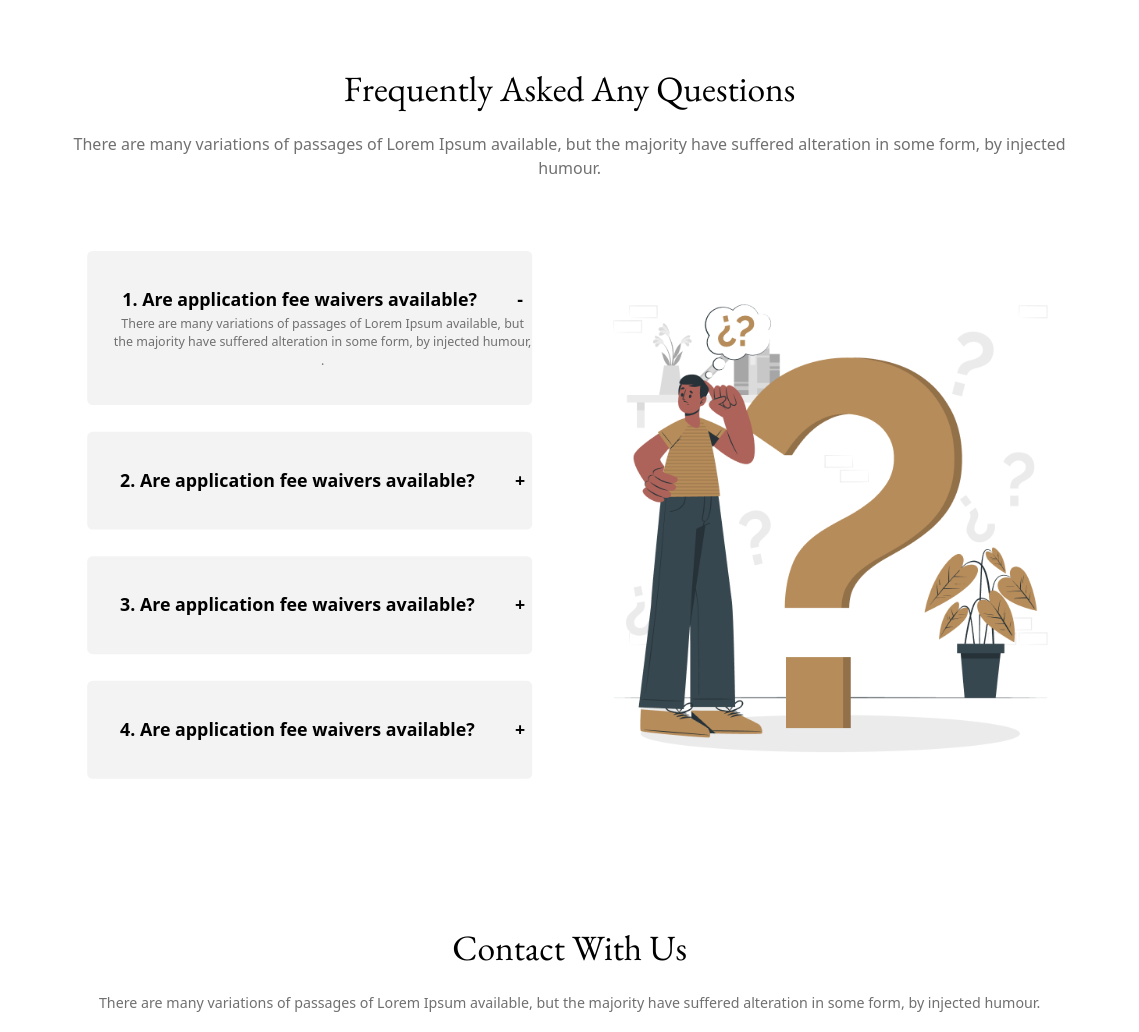
Repository: nahid-hasann/website-6
Page: index.html
An editor plug-in stored every save of this project. The page is shown before and after the next save, followed by the edit.
The browser window is 1280 px wide. The pictures show the whole page, at 89% of full size.

Above is the page before, as saved 2025-07-22 11:31:20.

After the next save:
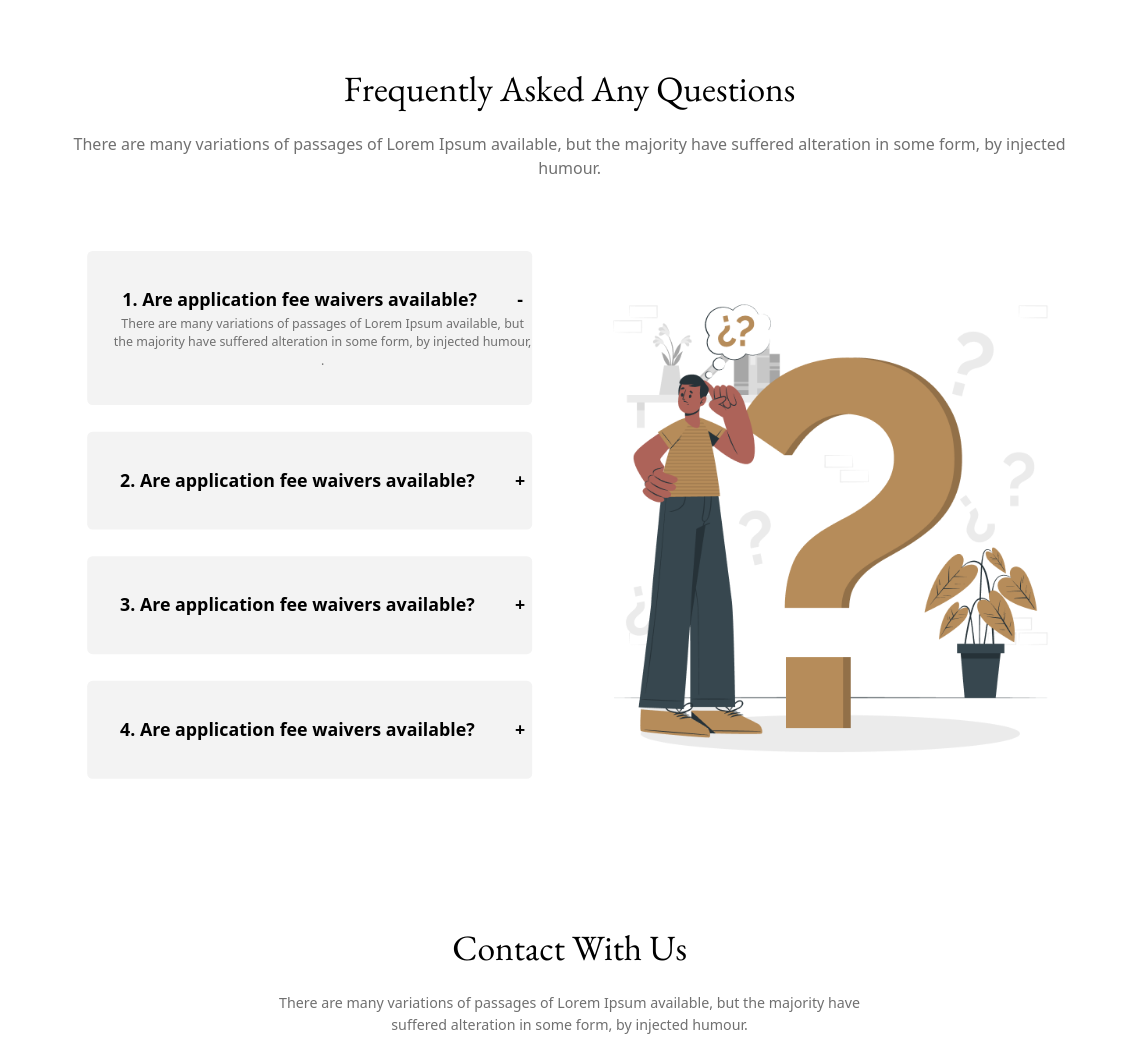
Saved 21 s later.
--- a/index.html
+++ b/index.html
@@ -127,7 +127,7 @@
 
     <section class="contact-form-section">
          <h1 class="eb-garamond-ok text-[40px] text-center ">Contact With Us</h1>
-            <p class="text-center text-[#707070] my-[20px]">There are many variations of passages of Lorem Ipsum available, but the majority have suffered alteration in some form, by injected humour.</p>
+            <p class="text-center text-[#707070] my-[20px]">There are many variations of passages of Lorem Ipsum available, but the majority have <br> suffered alteration in some form, by injected humour.</p>
     </section>
 
 </main>
